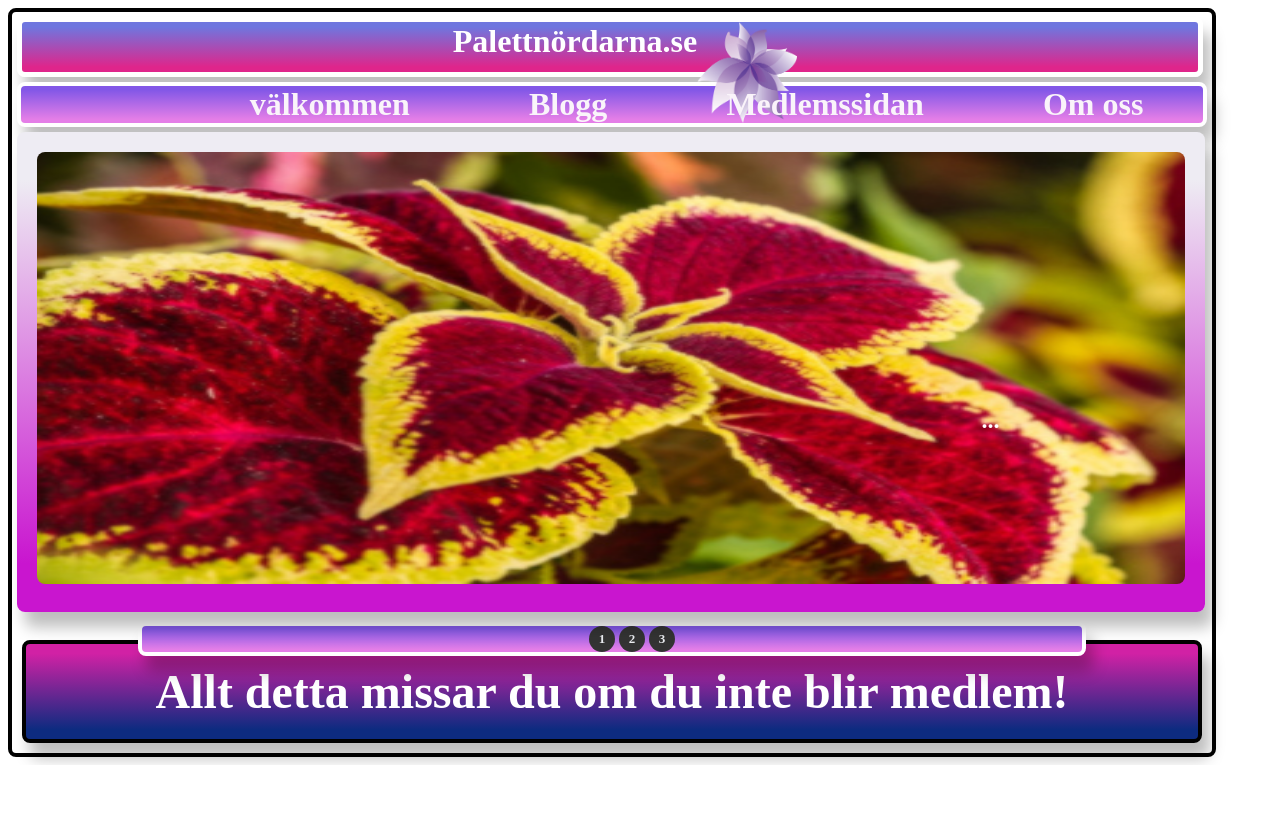
Repository: Webutveckling-20-21/lektion-3-CSS
Page: valkommen.html
The author's editor kept a copy of each file at every save. The page is drawn from the files as they stood at one save, then again after the next save.
The browser window is 1280 px wide. The pictures show the whole page.
Some web fonts or font styles are not loaded; a fallback is used.

Above is the page before, as saved 2021-10-14 18:13:46.

After the next save:
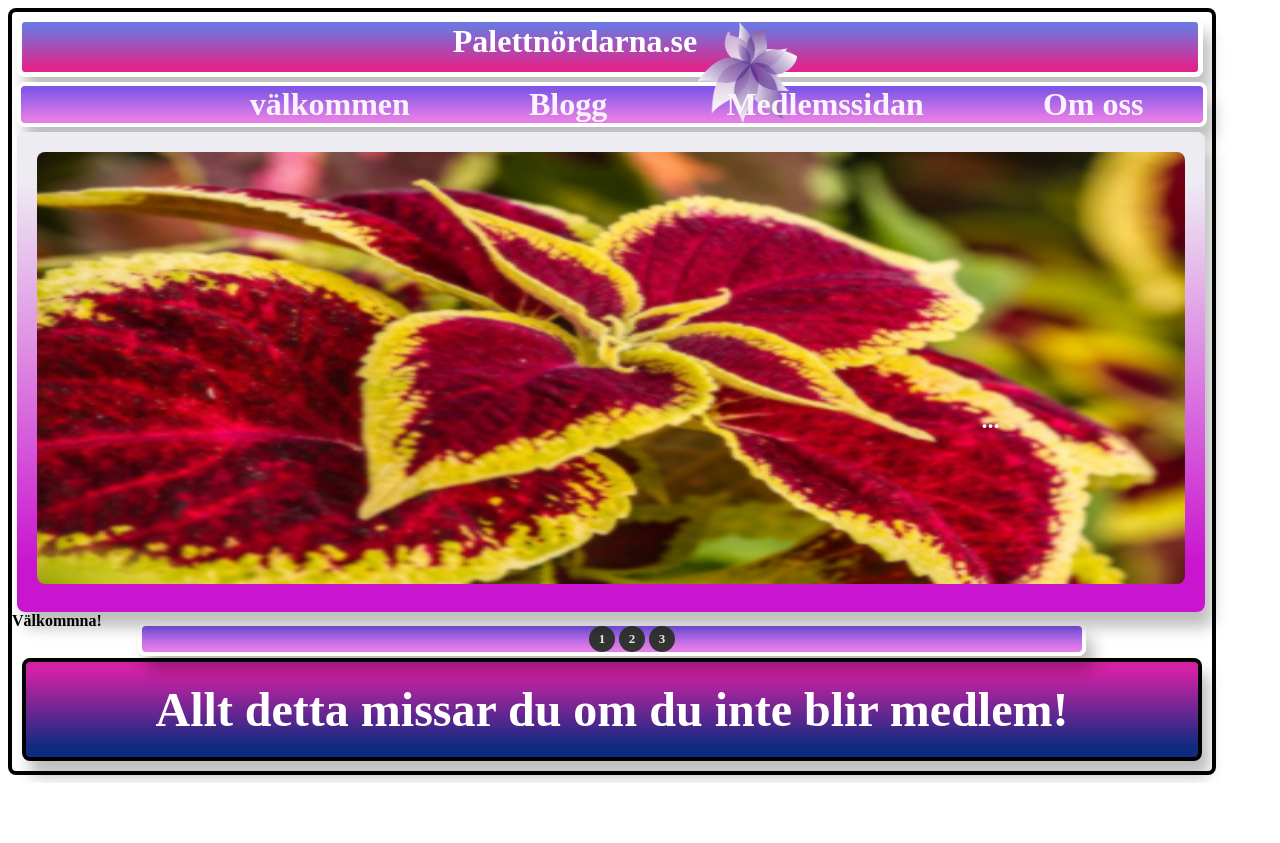
Saved 22 h 3 min later.
--- a/valkommen.html
+++ b/valkommen.html
@@ -65,6 +65,9 @@
 
 
  </div>
+ <div class="light-buttons">
+   Välkommna!
+ </div>
  <br>
      <footer class="footer-place"> Allt detta missar du om du inte blir medlem!</footer>
 
